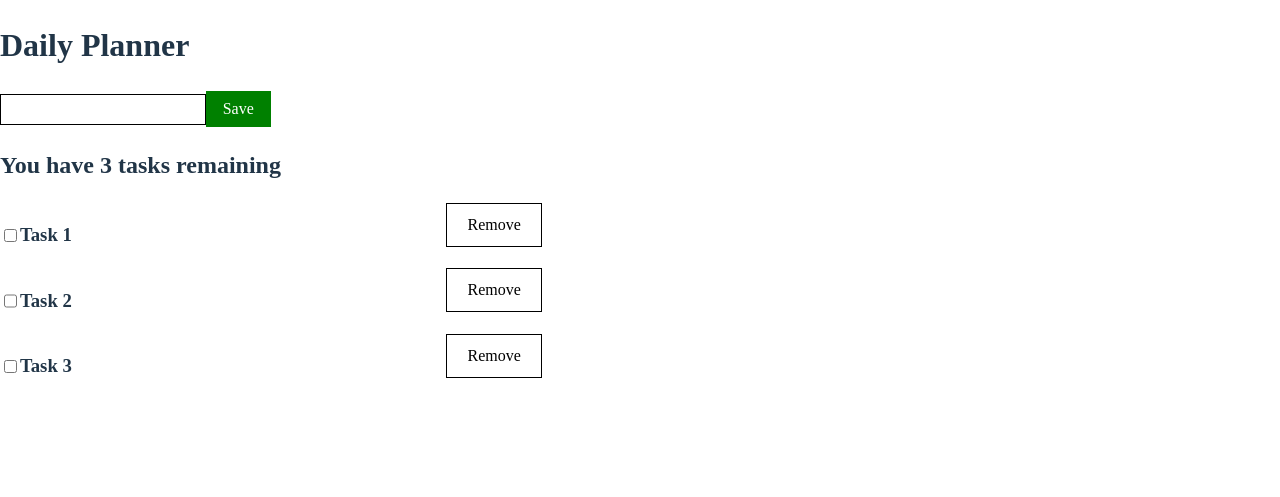
Repository: SamanthaYan298/my_planner
Page: /
These files come from the project's save history. The page is drawn as it stood at one moment and after the next save; the edit follows.
The browser window is 1280 px wide. The pictures show the whole page.
The project was rebuilt for these pictures with package versions that can differ from the ones it lists, and the page was loaded fresh each time. Also part of the build but not shown: vite.config.js.

Above is the page before, as saved 2024-10-07 17:20:05.

### src/App.jsx
import { useState } from 'react'
import './App.css'

function App() {

  return (
    <>
      <div className='main'>
        <h1>Daily Planner</h1>
        <form>
          <input
            type="text"
            className='form-input'
          />
          <button className='form-btn'>Save</button>
        </form>
        <h2>You have 3 tasks remaining</h2>
        <div>
          <div className='task-list'>
            <input type="checkbox" />
            <h3>Task 1</h3>
            <button className='task-btn'>Remove</button>
          </div>

          <div className='task-list'>
            <input type="checkbox" />
            <h3>Task 2</h3>
            <button className='task-btn'>Remove</button>
          </div>

          <div className='task-list'>
            <input type="checkbox" />
            <h3>Task 3</h3>
            <button className='task-btn'>Remove</button>
          </div>
        </div>
      </div>
    </>
  )
}

export default App

### src/index.css
:root {
  font-family: Inter, system-ui, Avenir, Helvetica, Arial, sans-serif;
  line-height: 1.5;
  font-weight: 400;

  color-scheme: light dark;
  color: rgba(255, 255, 255, 0.87);
  background-color: #242424;

  font-synthesis: none;
  text-rendering: optimizeLegibility;
  -webkit-font-smoothing: antialiased;
  -moz-osx-font-smoothing: grayscale;
}

a {
  font-weight: 500;
  color: #646cff;
  text-decoration: inherit;
}
a:hover {
  color: #535bf2;
}

body {
  margin: 0;
  display: flex;
  flex-direction: column;
  align-items: flex-start;
  justify-content: flex-start;
  min-width: 320px;
  min-height: 100vh;
  padding-top: 0;
  text-align: left;
  left: 0;
}


/* h1 {
  font-size: 3.2em;
  line-height: 1.1;
} */

/* button {
  border-radius: 8px;
  border: 1px solid transparent;
  padding: 0.6em 1.2em;
  font-size: 1em;
  font-weight: 500;
  font-family: inherit;
  background-color: #1a1a1a;
  cursor: pointer;
  transition: border-color 0.25s;
}
button:hover {
  border-color: #646cff;
}
button:focus,
button:focus-visible {
  outline: 4px auto -webkit-focus-ring-color;
} */

@media (prefers-color-scheme: light) {
  :root {
    color: #213547;
    background-color: #ffffff;
  }
  a:hover {
    color: #747bff;
  }
  button {
    background-color: #f9f9f9;
  }
}

### src/App.css
#root {
  max-width: 100%;
  padding: 0;
  top: 0;
  font-family: "Playfair Display", serif;
}

.main {
  text-align: left;
}

.task-list {
  display: flex;
  flex-direction: row;
}

.form-btn {
  background-color: green;
  border: 1px solid green;
  color: white;
  padding: 0.5em 1em;
  font-family: "Playfair Display", serif;
  font-size: 1em;
}

.task-btn {
  padding: 0.5em 1em;
  border: 1px solid;
  background-color: white;
  width: 6em;
  height: 2.75em;
  font-family: "Playfair Display", serif;
  font-size: 1em;
}

.form-input {
  padding: 0.5em 1em;
  border: 1px solid;
}

div h3 {
  padding-right: 20em;
}

Loaded but not shown: index.html (common file); src/main.jsx (common file)

After the next save:
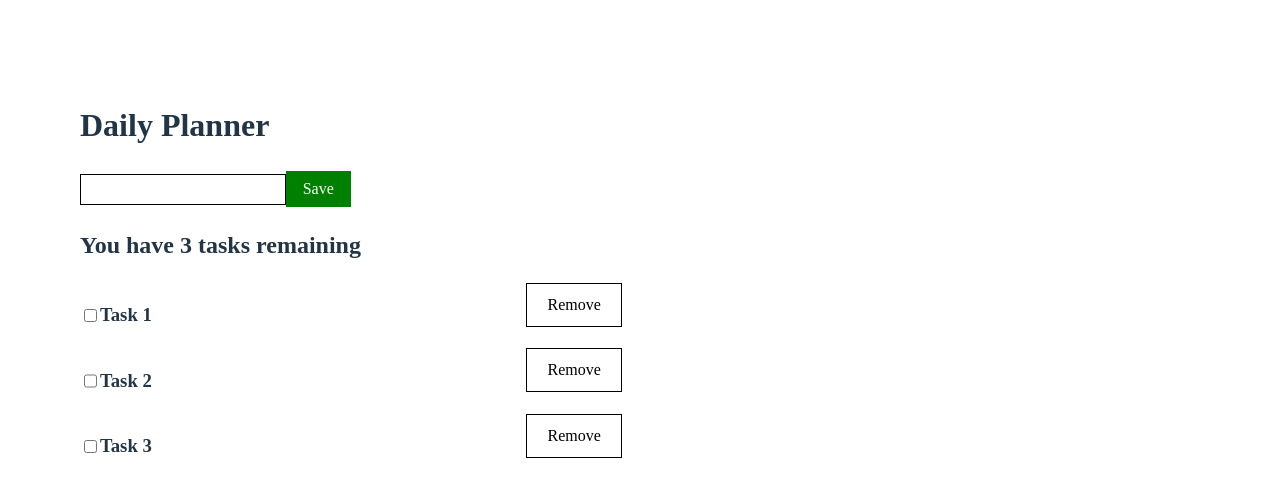
Saved 12 s later.
--- a/src/App.css
+++ b/src/App.css
@@ -1,5 +1,6 @@
 #root {
   max-width: 100%;
+  margin: 5em;
   padding: 0;
   top: 0;
   font-family: "Playfair Display", serif;
